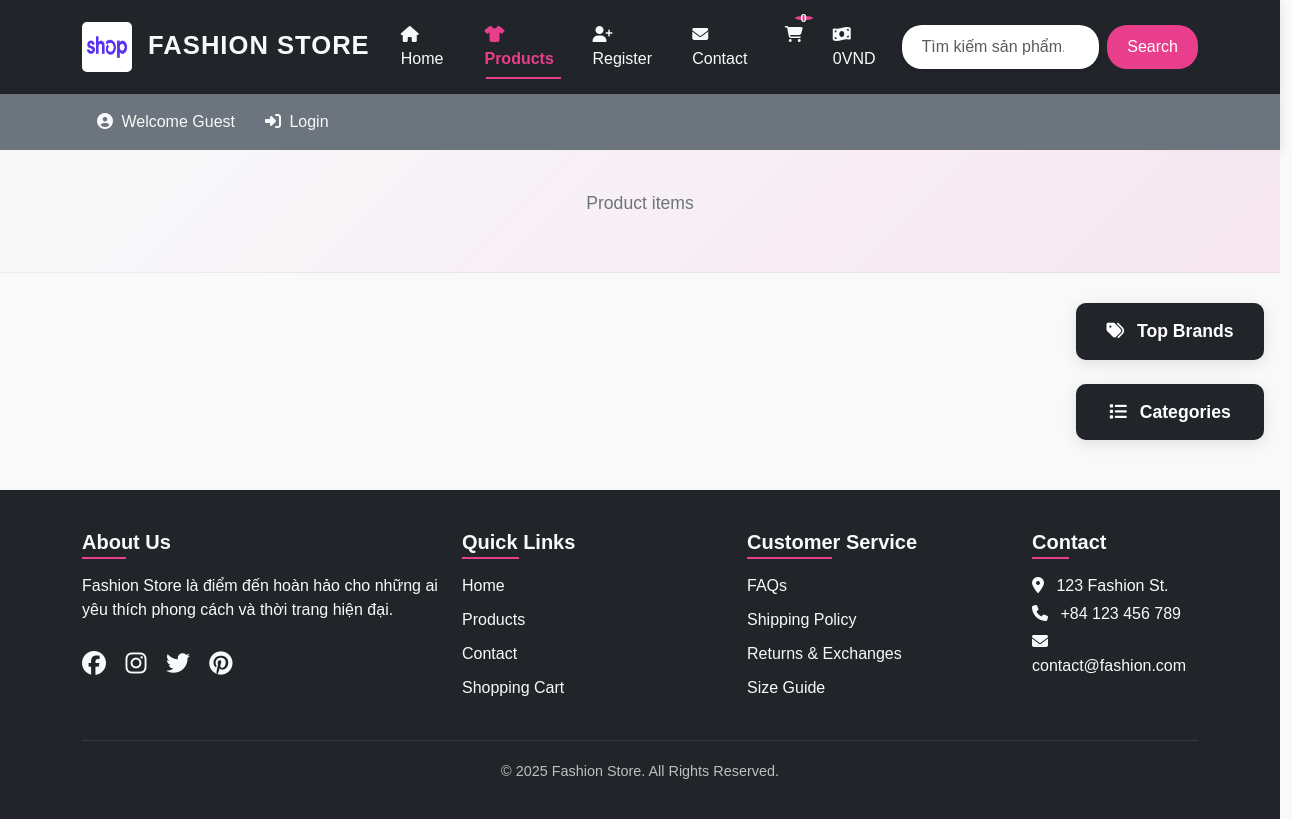
Repository: hahuuchinh2501/ecommerce_web
Page: http://localhost/product_details.php
The author's editor kept a copy of each file at every save. The page is drawn from the files as they stood at one save, then again after the next save.
The browser window is 1280 px wide. The page is 1292 px wide, so the pictures cover 1292 px, including what lies to the right of the window. The pictures show the whole page.
The page is run by PHP 8.4 with error messages shown; the project is at /var/www/html/. Queries for data that is not in the repository find no rows.

Above is the page before, as saved 2025-03-19 17:10:37.

After the next save:
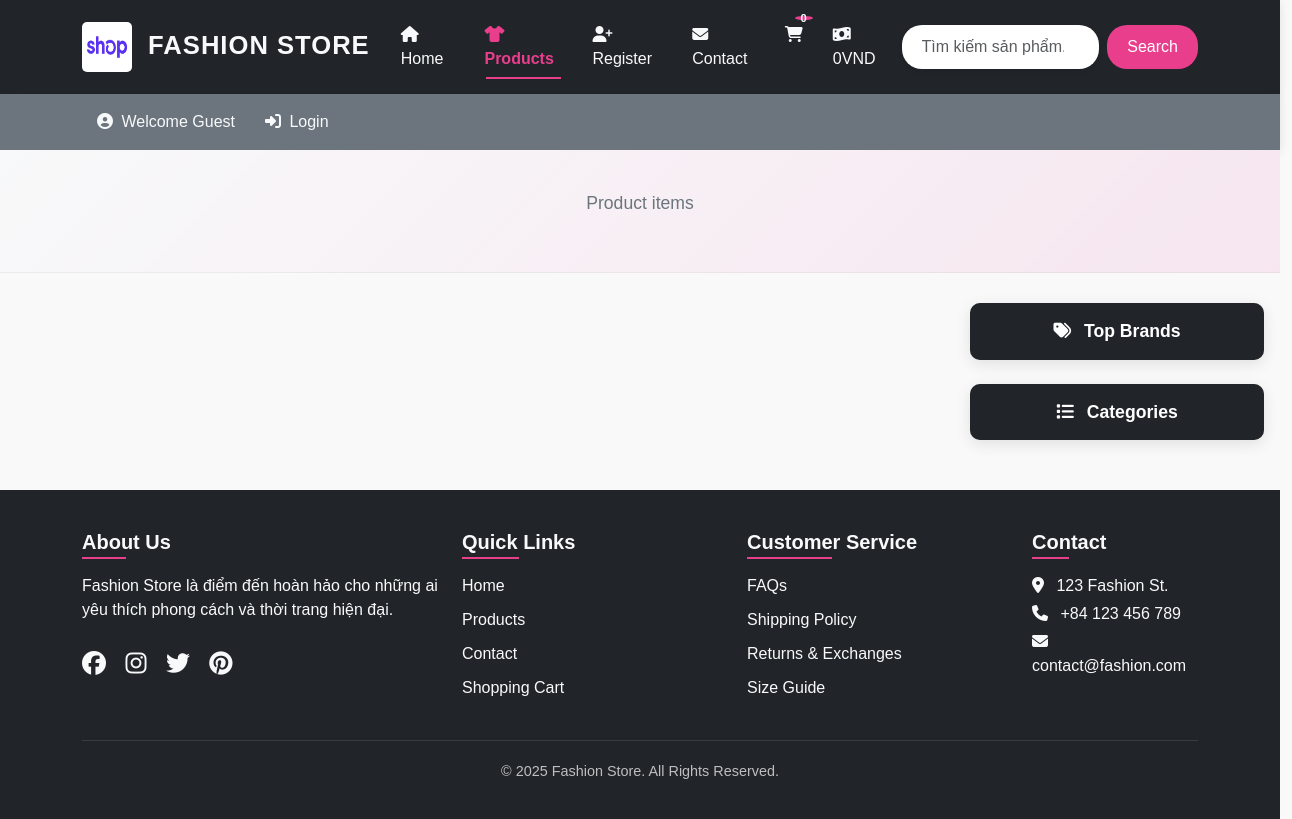
Saved 75 s later.
--- a/product_details.php
+++ b/product_details.php
@@ -129,7 +129,7 @@ session_start();
         </div>
 
         <div class="row px-3">
-            <div class="col-md-10">
+            <div class="col-md-9">
                 <div class="row">
 
 
@@ -152,7 +152,7 @@ session_start();
                 <!-- col end -->
             </div>
 
-             <div class="col-md-2">
+             <div class="col-md-3">
                     <!-- Brands sidebar -->
                     <div class="sidebar mb-4">
                         <div class="sidebar-header">
